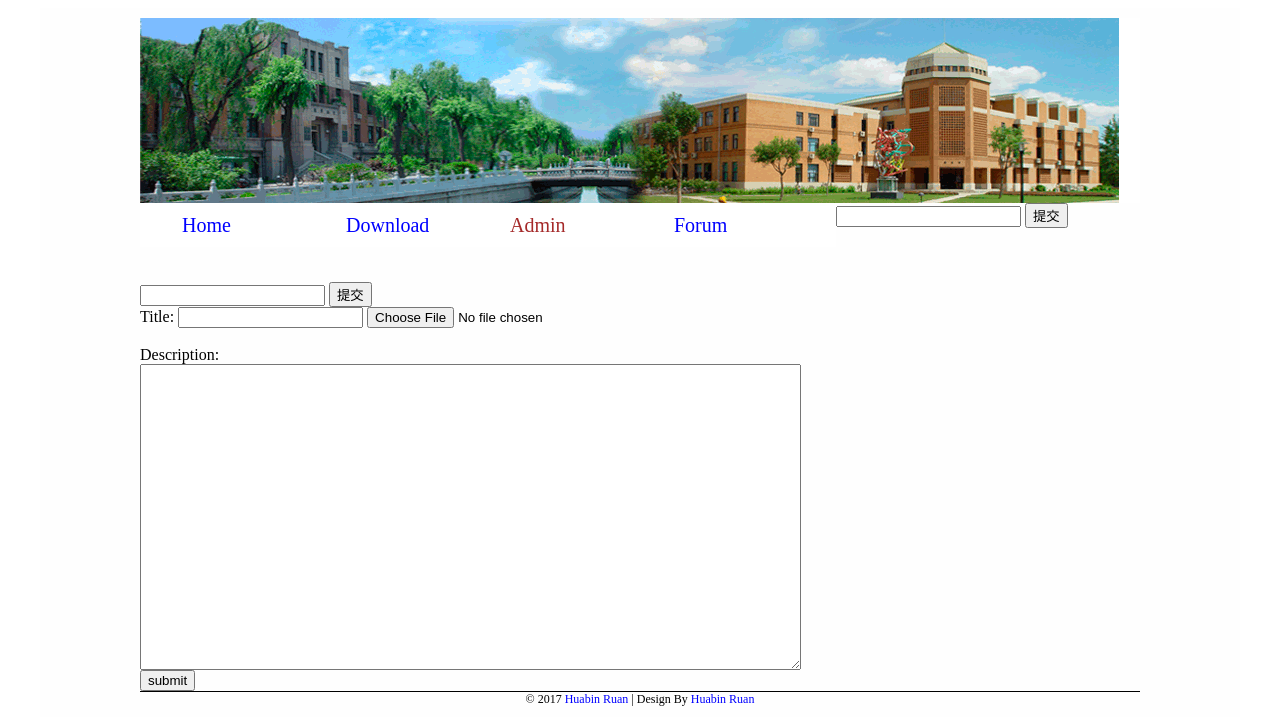
Repository: ruanhuabin/LifeSoftwareWebSite
Page: http://localhost/CryoEM/admin.jsp
These files come from the project's save history. The page is drawn as it stood at one moment and after the next save; the edit follows.
The browser window is 1280 px wide. The pictures show the whole page.
The page is served by Tomcat 9. Nobody is signed in. The application's start-up code is not run.

Above is the page before, as saved 2017-08-11 01:05:12.

After the next save:
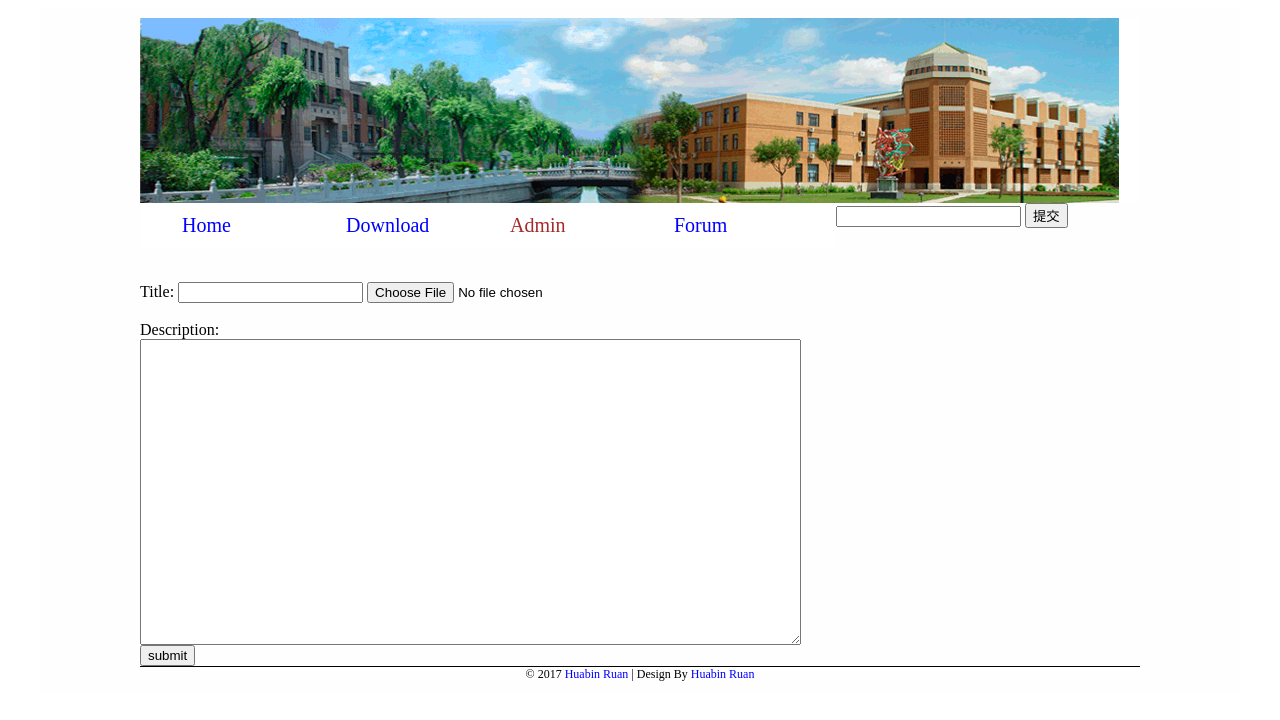
Saved 6 s later.
--- a/CryoEM/WebRoot/admin.jsp
+++ b/CryoEM/WebRoot/admin.jsp
@@ -94,10 +94,7 @@ String basePath = request.getScheme()+"://"+request.getServerName()+":"+request.
 <br />
 
 <div id="form-div">
- <form action="post/Admin_uploadUserFile.action" method="post" target="nm_iframe">
-      <input type="text" id="id_input_text" name="userFile" />
-      <input type="submit" id="id_submit" name="nm_submit" value="提交" />
-  </form>
+
   <iframe id="id_iframe" name="nm_iframe" style="display:none;"></iframe>
 
 
